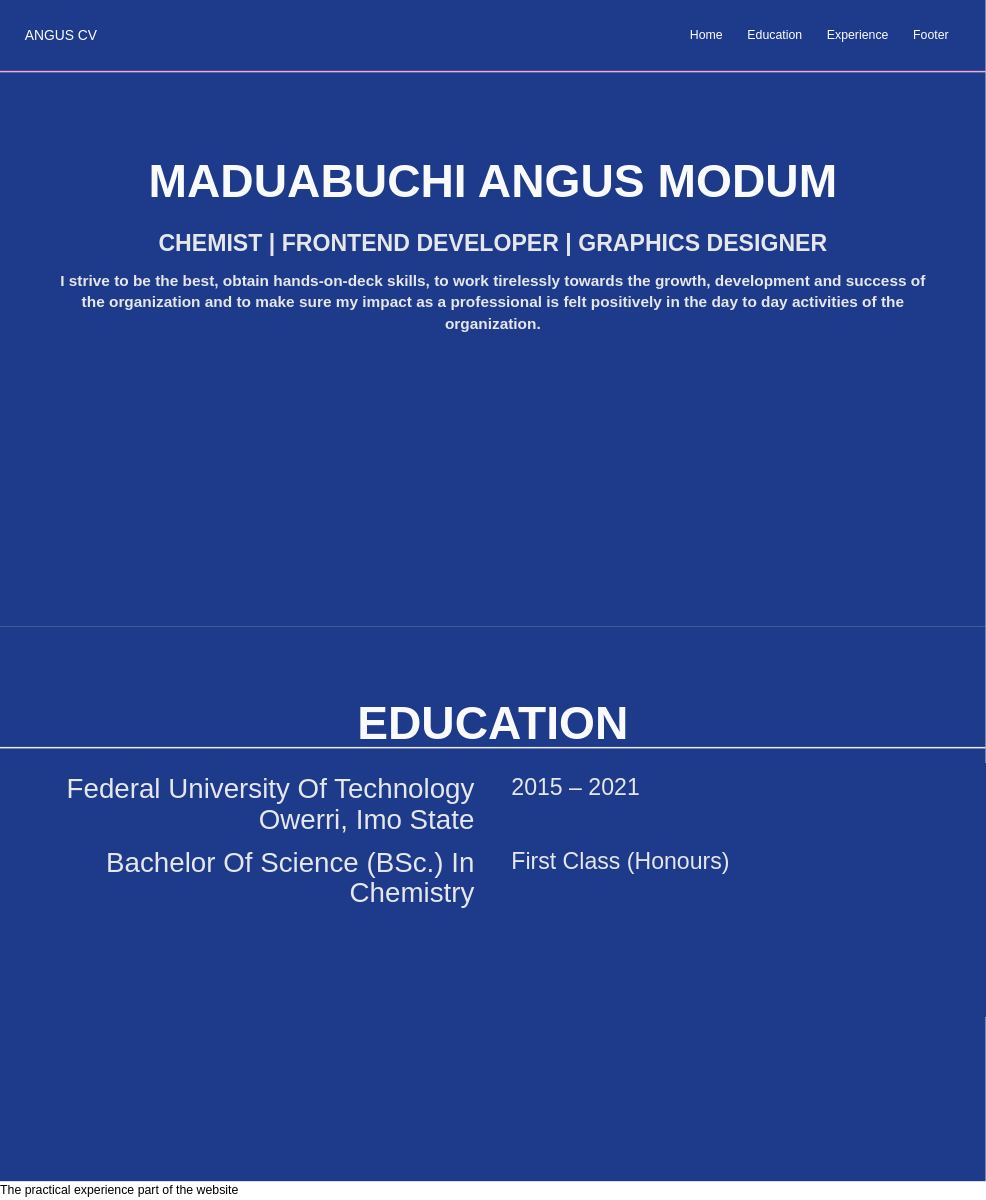
Repository: AngusOnyebuchi/AngusOnyebuchi.github.io
Page: /
The author's editor kept a copy of each file at every save. The page is drawn from the files as they stood at one save, then again after the next save.
The browser window is 1280 px wide. The pictures show the whole page, at 77% of full size.
The project was rebuilt for these pictures with package versions that can differ from the ones it lists, and the page was loaded fresh each time.

Above is the page before, as saved 2022-04-17 19:46:30.

After the next save:
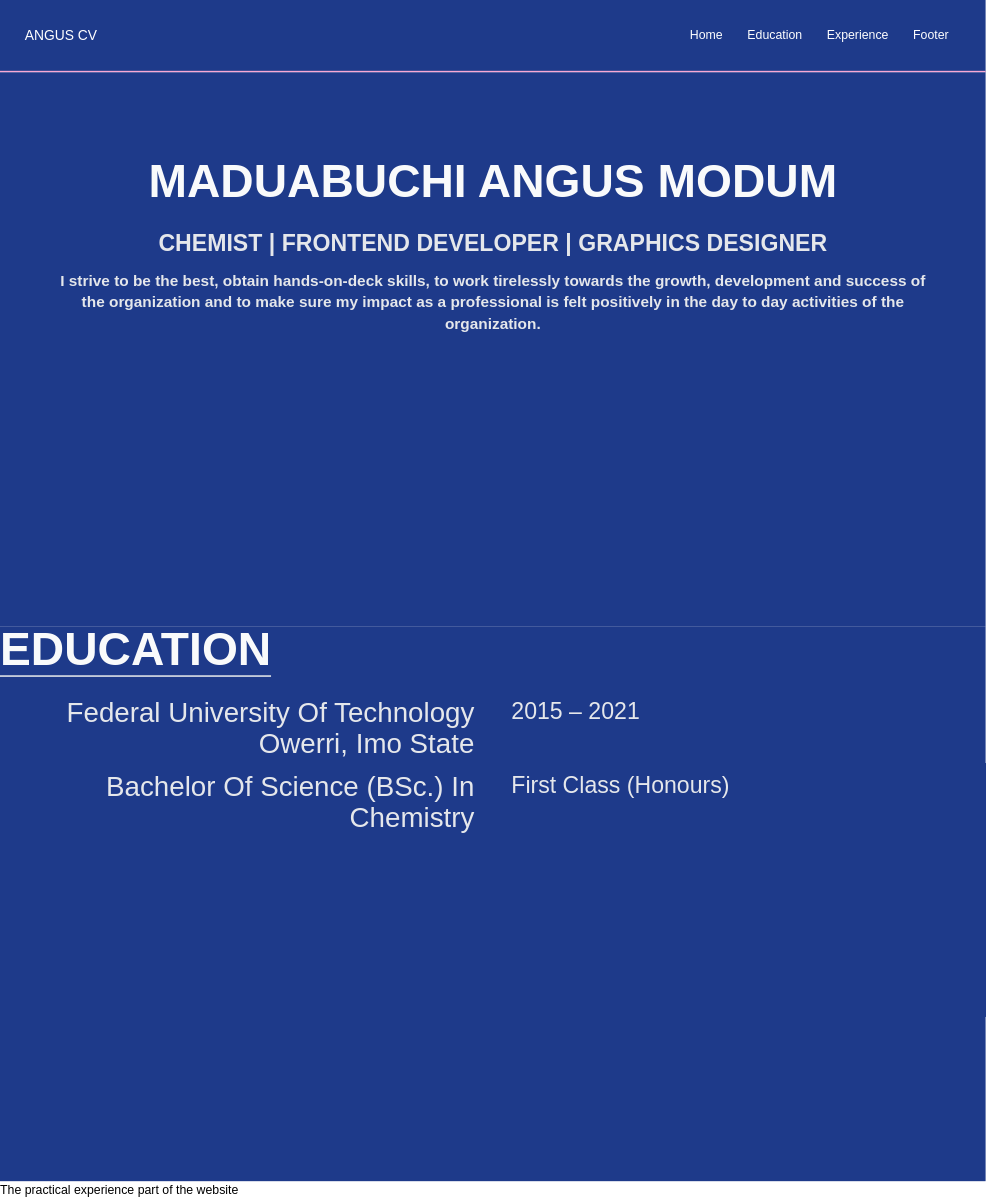
Saved 17 s later.
--- a/src/components/Education.js
+++ b/src/components/Education.js
@@ -3,7 +3,7 @@ import React from "react";
 export default function Education() {
     return(
         <div className="bg-blue-900 w-full h-screen text-gray-200">
-            <h1 className="text-4xl md:text-6xl font-bold uppercase pt-24 text-center text-gray-50 border-b-2">Education</h1>
+            <h1 className="text-4xl md:text-6xl font-bold uppercase pt-24 text-center text-gray-50 inline border-b-2">Education</h1>
             <div className="grid grid-cols-2 gap-12 mx-16 pt-8 ">
                 <h3 className="capitalize text-xl md:text-4xl text-right">Federal university of technology owerri, Imo state</h3>
                 <h4 className="text-lg md:text-3xl ">2015 – 2021</h4>
